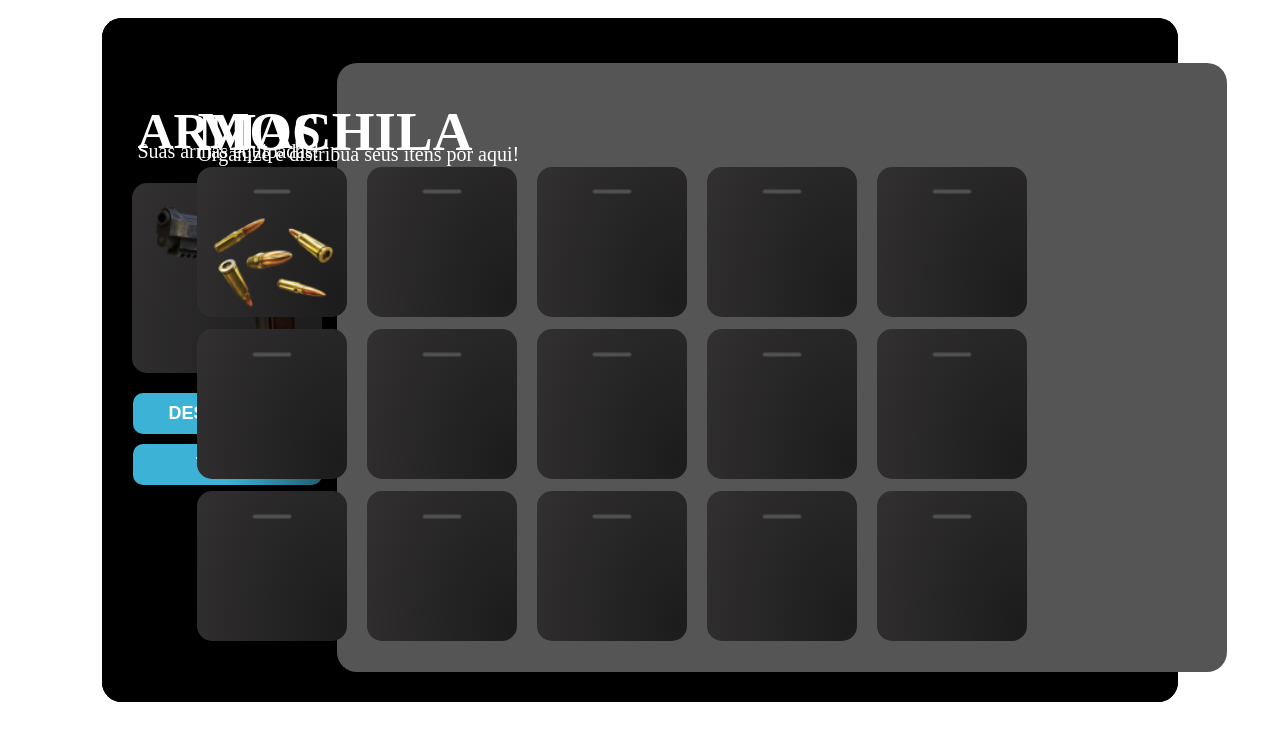
Repository: DuMCorrea/Mochila
Page: index.html
These files come from the project's save history. The page is drawn as it stood at one moment and after the next save; the edit follows.
The browser window is 1280 px wide. The pictures show the whole page.
Some web fonts or font styles are not loaded; a fallback is used.

Above is the page before, as saved 2024-09-02 22:58:47.

After the next save:
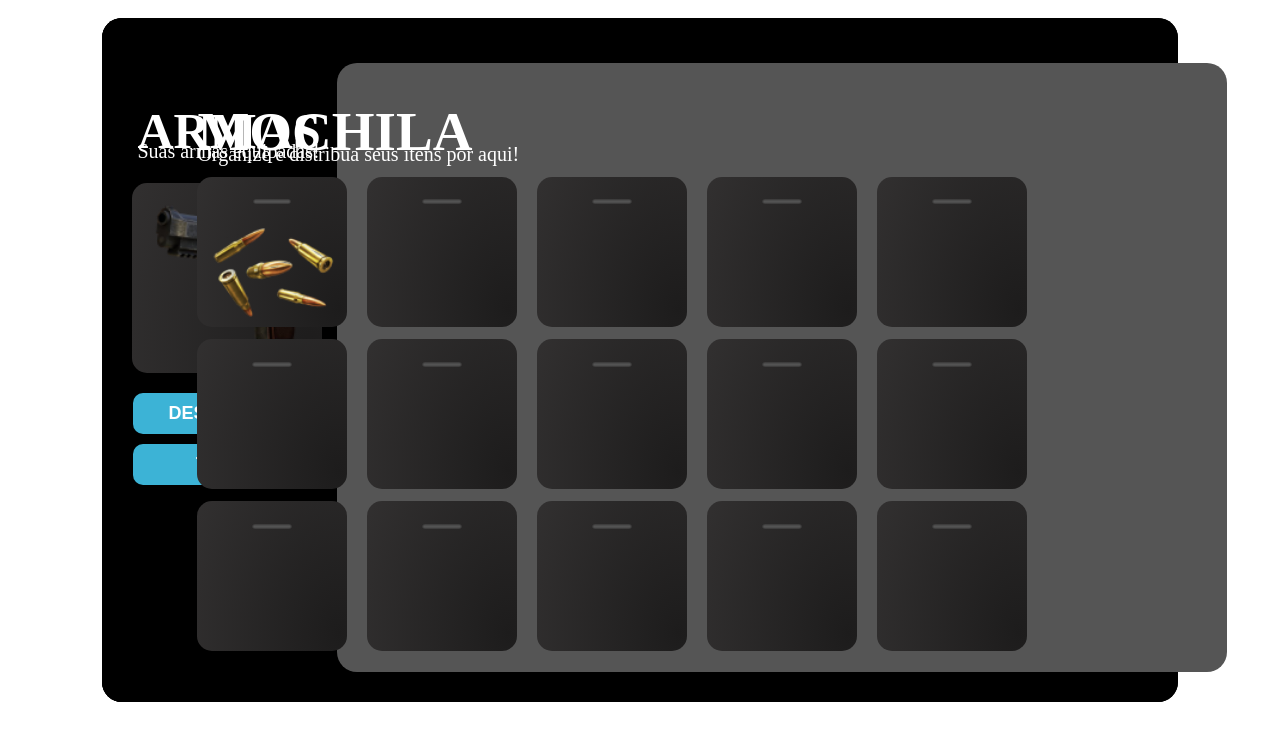
Saved 4 s later.
--- a/styles.css
+++ b/styles.css
@@ -190,7 +190,7 @@ body, html {
     height: 150px; /* Altura dos quadrados */
     background: radial-gradient(547.21% 823.76% at 94.51% 88.04%, #1D1C1C 0%, #837E7E 100%); /* Gradiente de fundo */
     border-radius: 15px; /* Bordas arredondadas */
-    margin: 0 10px 10px 10px; /* Espaçamento entre os quadrados e entre as linhas */
+    margin: 0 10px -10px 10px; /* Espaçamento entre os quadrados e entre as linhas */
     display: flex;
     justify-content: center; /* Centraliza horizontalmente o conteúdo */
     align-items: center; /* Centraliza verticalmente o conteúdo */
